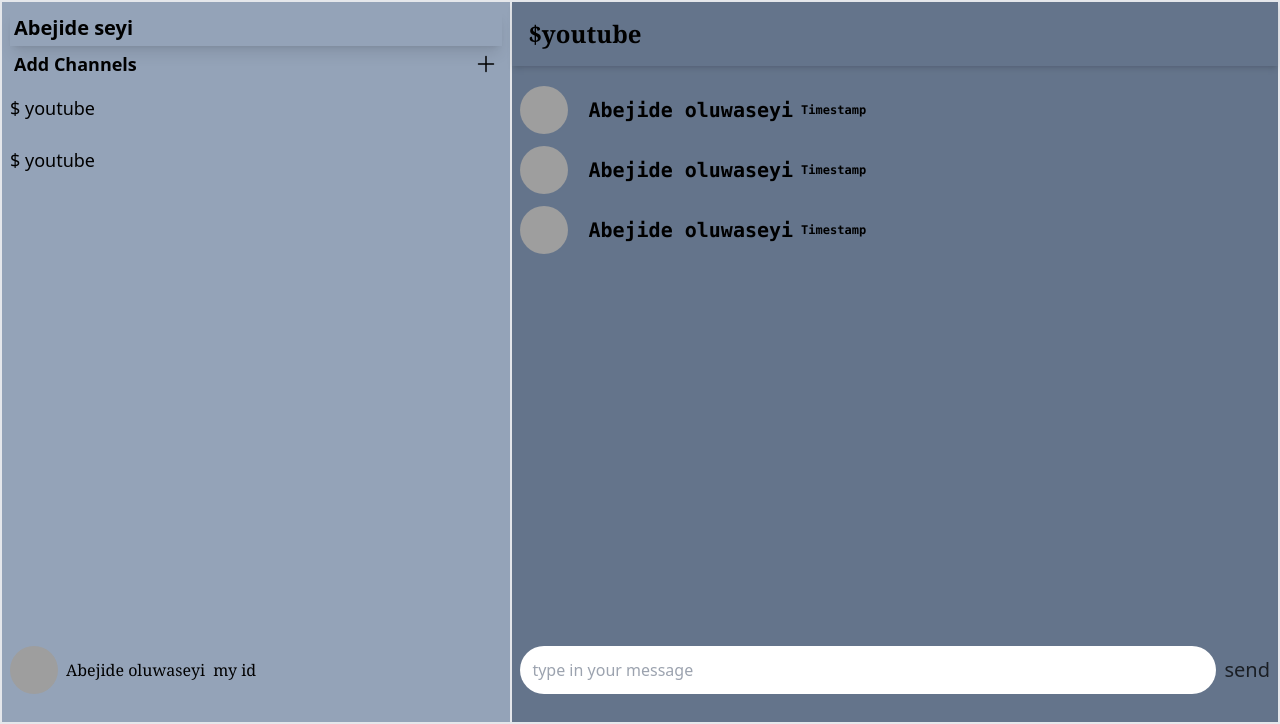
Repository: Semanmernstack/chat-mini
Page: /
The author's editor kept a copy of each file at every save. The page is drawn from the files as they stood at one save, then again after the next save.
The browser window is 1280 px wide. The pictures show the whole page.
Pictures or frames that could not be fetched are drawn as grey boxes. The project was rebuilt for these pictures with package versions that can differ from the ones it lists, and the page was loaded fresh each time. Also part of the build but not shown: src/features/counter/Counter.module.css, src/features/counter/Counter.js.

Above is the page before, as saved 2022-11-14 08:34:24.

### src/App.js
import React from 'react';
import logo from './logo.svg';
import { Counter } from './features/counter/Counter';
import Sidebar from './Sidebar';
import Body from './Body';


function App() {
  return (

    <div className="flex     max-w-screen-xl mx-auto border-2">


      <div className=" flex-[0.4] h-screen ">
        <Sidebar/>
      </div>
      <div className=" flex-[0.6] h-screen">
        <Body/>
      </div>
    </div>
  );
}

export default App;

### src/features/counter/counterSlice.js
import { createAsyncThunk, createSlice } from '@reduxjs/toolkit';
import { fetchCount } from './counterAPI';

const initialState = {
  value: 0,
  status: 'idle',
};

// The function below is called a thunk and allows us to perform async logic. It
// can be dispatched like a regular action: `dispatch(incrementAsync(10))`. This
// will call the thunk with the `dispatch` function as the first argument. Async
// code can then be executed and other actions can be dispatched. Thunks are
// typically used to make async requests.
export const incrementAsync = createAsyncThunk(
  'counter/fetchCount',
  async (amount) => {
    const response = await fetchCount(amount);
    // The value we return becomes the `fulfilled` action payload
    return response.data;
  }
);

export const counterSlice = createSlice({
  name: 'counter',
  initialState,
  // The `reducers` field lets us define reducers and generate associated actions
  reducers: {
    increment: (state) => {
      // Redux Toolkit allows us to write "mutating" logic in reducers. It
      // doesn't actually mutate the state because it uses the Immer library,
      // which detects changes to a "draft state" and produces a brand new
      // immutable state based off those changes
      state.value += 1;
    },
    decrement: (state) => {
      state.value -= 1;
    },
    // Use the PayloadAction type to declare the contents of `action.payload`
    incrementByAmount: (state, action) => {
      state.value += action.payload;
    },
  },
  // The `extraReducers` field lets the slice handle actions defined elsewhere,
  // including actions generated by createAsyncThunk or in other slices.
  extraReducers: (builder) => {
    builder
      .addCase(incrementAsync.pending, (state) => {
        state.status = 'loading';
      })
      .addCase(incrementAsync.fulfilled, (state, action) => {
        state.status = 'idle';
        state.value += action.payload;
      });
  },
});

export const { increment, decrement, incrementByAmount } = counterSlice.actions;

// The function below is called a selector and allows us to select a value from
// the state. Selectors can also be defined inline where they're used instead of
// in the slice file. For example: `useSelector((state: RootState) => state.counter.value)`
export const selectCount = (state) => state.counter.value;

// We can also write thunks by hand, which may contain both sync and async logic.
// Here's an example of conditionally dispatching actions based on current state.
export const incrementIfOdd = (amount) => (dispatch, getState) => {
  const currentValue = selectCount(getState());
  if (currentValue % 2 === 1) {
    dispatch(incrementByAmount(amount));
  }
};

export default counterSlice.reducer;

### src/Sidebar.js
import React from 'react'
import Sidebarlist from './app/Sidebarlist'

function Sidebar() {
  return (
    <div className="flex flex-col h-screen bg-slate-400  border-r-2 p-2 mb-4">
        <div className="flex-1"  >
        <div className="shadow-lg p-1 text-xl font-extrabold">
            <h1>Abejide seyi</h1>
        </div>
        <div  className="flex p-1   items-center justify-between">
           <h1 className="text-lg font-bold">Add Channels</h1>
           <svg xmlns="http://www.w3.org/2000/svg" fill="none" viewBox="0 0 24 24" strokeWidth={1.5} stroke="currentColor" className="w-6 h-6 cursor-pointer">
                <path strokeLinecap="round" strokeLinejoin="round" d="M12 4.5v15m7.5-7.5h-15" />
            </svg>
        </div>
        <div  >
        <Sidebarlist/>
        <Sidebarlist/>


        </div>


        </div>
        <div className=" flex items-center space-x-2 mb-5 font-serif">
            <img className="h-12 w-12 rounded-full"   src="https://cdn.pixabay.com/photo/2022/10/17/15/55/meditate-7528123__340.jpg" alt="img" />
            <h3>Abejide oluwaseyi</h3>
            <span>my id</span>
        </div>


    </div>
  )
}

export default Sidebar

### src/Body.js
import React from 'react'
import BodyHeader from './BodyHeader'
import Message from './Message'

function Body() {
  return (
    <div className="flex flex-col h-screen bg-slate-500  ">
        <div className="flex-1 ">
        <BodyHeader/>
        <div  >
            <Message/>
            <Message/>
            <Message/>
        </div>
        </div>
        <div className="mb-5">
        <form className=" flex p-2 space-x-2 ">
            <input className="flex-1 rounded-full w-[100%] outline-none p-3 border-none" type="text" placeholder='type in your message' />
            <button className="text-xl font-medium animate-pulse">send</button>
        </form>
        </div>
    </div>
  )
}

export default Body

### src/app/Sidebarlist.js
import React from 'react'

function Sidebarlist() {
  return (
    <div className="flex items-center justify-between">
        <h2 className="my-3 text-lg">
         $   <span>youtube</span>
        </h2>
    </div>
  )
}

export default Sidebarlist

### src/BodyHeader.js
import React from 'react'

function BodyHeader() {
  return (
    <div className=" shadow-md mb-5 text-2xl font-serif font-extrabold   p-4">


            <h1 >$youtube</h1>





    </div>
  )
}

export default BodyHeader

### src/Message.js
import React from 'react'

function Message() {
  return (
    <div className=" flex items-center mx-2 my-3  ">
            <img className="h-12 w-12 rounded-full"   src="https://cdn.pixabay.com/photo/2022/10/17/15/55/meditate-7528123__340.jpg" alt="img" />
            <h3 className="m-x-3 ml-5 font-mono flex items-center font-bold text-xl">Abejide oluwaseyi <span className="text-xs ml-2">Timestamp</span>  </h3>

        </div>
  )
}

export default Message

Loaded but not shown: public/index.html (common file); src/index.js (common file); src/app/store.js (common file); src/reportWebVitals.js (common file); src/index.css (common file); src/features/counter/counterAPI.js (common file); tailwind.config.js (common file)

After the next save:
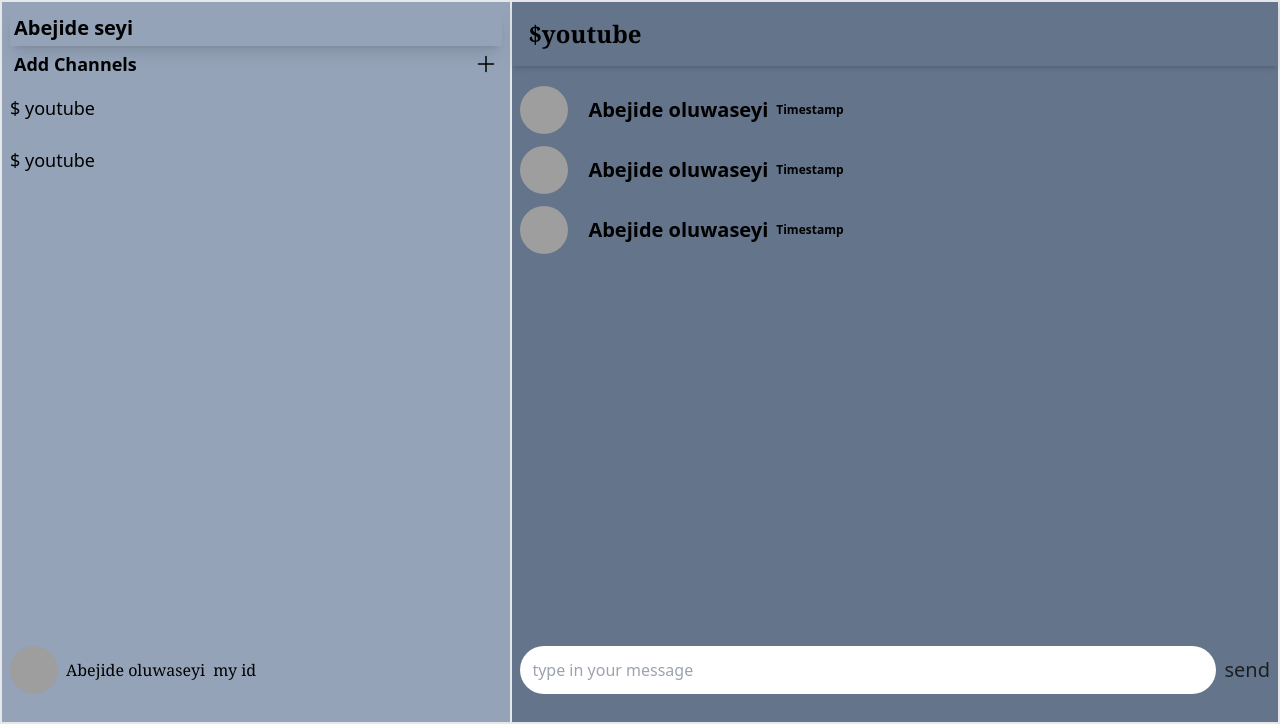
Saved 61 s later.
--- a/src/Message.js
+++ b/src/Message.js
@@ -4,7 +4,7 @@ function Message() {
   return (
     <div className=" flex items-center mx-2 my-3  ">
             <img className="h-12 w-12 rounded-full"   src="https://cdn.pixabay.com/photo/2022/10/17/15/55/meditate-7528123__340.jpg" alt="img" />
-            <h3 className="m-x-3 ml-5 font-mono flex items-center font-bold text-xl">Abejide oluwaseyi <span className="text-xs ml-2">Timestamp</span>  </h3>
+            <h3 className="m-x-3 ml-5 font-sans flex items-center font-bold text-xl">Abejide oluwaseyi <span className="text-xs ml-2">Timestamp</span>  </h3>
 
         </div>
   )
